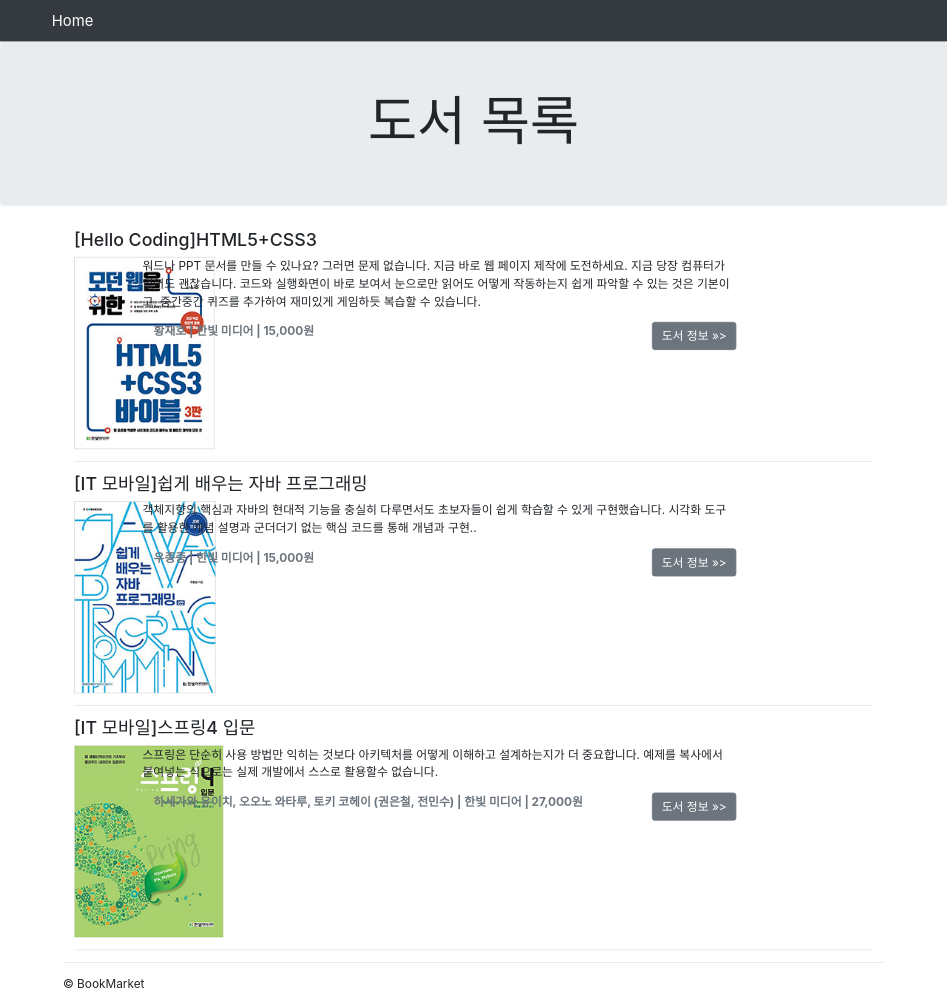
Repository: freedomseok8047/jsp
Page: http://localhost/BookMarket/books.jsp
The author's editor kept a copy of each file at every save. The page is drawn from the files as they stood at one save, then again after the next save.
The browser window is 1280 px wide. The pictures show the whole page, at 74% of full size.
The page is served by Tomcat 9.

Above is the page before, as saved 2023-08-25 05:37:37.

### BookMarket/src/main/webapp/books.jsp
<%@ page language="java" contentType="text/html; charset=UTF-8"
	pageEncoding="UTF-8"%>
<%@ page import="java.util.ArrayList, java.text.NumberFormat"%>
<%@ page import="dto.Book"%>
<jsp:useBean id="bookDAO" class="dao.BookRepository" scope="session" />
<!DOCTYPE html>
<html>
<head>
<meta charset="UTF-8">
<link rel="stylesheet" href="./resources/css/bootstrap.min.css" />
<title>도서 목록</title>
</head>
<body>
	<jsp:include page="menu.jsp" />
	<div class="jumbotron">
		<div class="container">
			<h1 class="display-3" align="center">도서 목록</h1>
		</div>
	</div>
	<%
	ArrayList<Book> listOfBooks = bookDAO.getAllBooks();
	NumberFormat format = java.text.NumberFormat.getNumberInstance(java.util.Locale.US);
	format.setGroupingUsed(true);
	%>

	<div class="container">
		<div class="col" align="left">
			<%
			for (int i = 0; i < listOfBooks.size(); i++) {
				Book book = listOfBooks.get(i);
			%>
			<div class="row-xl-4">

				<h4>
					[<%=book.getCategory()%>]<%=book.getName()%>
				</h4>
				<div class="row">
					<div class="col col-lg-1">
						<img src="resources/images/<%=book.getFilename()%>"
							alt=<%=book.getName()%>>
					</div>
					<div class="col col-lg-9">
						<p><%=book.getDescription()%>
						<div class="container">
							<div class="row">
								<p class="col font-weight-bold text-secondary"><%=book.getAuthor()%>
									|
									<%=book.getPublisher()%>
									|
									<%=format.format(book.getUnitPrice())%>원
								<p>
									<a href="./book.jsp?id=<%=book.getBookId()%>"
										class="btn btn-secondary" role="button">도서 정보 &raquo;></a>
							</div>
						</div>
					</div>
				</div>
			</div>
			<hr>
			<%
			}
			%>
		</div>
		<hr>
	</div>
	<jsp:include page="footer.jsp" />


</body>
</html>

### BookMarket/src/main/webapp/menu.jsp
<nav class="navbar navbar-expand navbar-dark bg-dark">
		<div class="container">
			<div class=" navbar-header">
				<a class="navbar-brand" href=" ./welcome.jsp">Home</a>
			</div>
		</div>
	</nav>

### BookMarket/src/main/webapp/footer.jsp
<footer class="container">
		<p>&copy; BookMarket</p>
	</footer>

### BookMarket/src/main/java/dao/BookRepository.java
package dao;

import java.util.ArrayList;

import dto.Book;
import dto.Book;

public class BookRepository {

	private ArrayList<Book> listOfBooks = new ArrayList<Book>();

	public BookRepository() {
		Book book1 =new Book("B1234","HTML5+CSS3",15000);
		book1.setDescription("워드나 PPT 문서를 만들 수 있나요? 그러면 문제 없습니다. 지금 바로 웹 페이지 제작에 도전하세요. 지금 당장 컴퓨터가 없어도 괜찮습니다. 코드와 실행화면이 바로 보여서 눈으로만 읽어도 어떻게 작동하는지 쉽게 파악할 수 있는 것은 기본이고, 중간중간 퀴즈를 추가하여 재미있게 게임하듯 복습할 수 있습니다. ");
		book1.setAuthor("황재호");
		book1.setPublisher("한빛 미디어");
		book1.setCategory("Hello Coding");
		book1.setUnitsInStock(1000);
		book1.setTotalPages(700);
		book1.setReleaseDate("8월/22년");
		book1.setCondition("New");
		book1.setFilename("P1234.jpg");


		Book book2 =new Book("B1235","쉽게 배우는 자바 프로그래밍",15000);
		book2.setDescription("객체지향의 핵심과 자바의 현대적 기능을 충실히 다루면서도 초보자들이 쉽게 학습할 수 있게 구현했습니다. 시각화 도구를 활용한 개념 설명과 군더더기 없는 핵심 코드를 통해 개념과 구현..");
		book2.setAuthor("우종중");
		book2.setPublisher("한빛 미디어");
		book2.setCategory("IT 모바일");
		book2.setUnitsInStock(1000);
		book2.setTotalPages(700);
		book2.setReleaseDate("8월/22년");
		book2.setCondition("New");
		book2.setFilename("P1235.jpg");

		Book book3 =new Book("B1236","스프링4 입문",27000);
		book3.setDescription("스프링은 단순히 사용 방법만 익히는 것보다 아키텍처를 어떻게 이해하고 설계하는지가 더 중요합니다. 예제를 복사에서 붙여넣는 식으로는 실제 개발에서 스스로 활용할수 없습니다.");
		book3.setAuthor("하세가와 유이치, 오오노 와타루, 토키 코헤이 (권은철, 전민수)");
		book3.setPublisher("한빛 미디어");
		book3.setCategory("IT 모바일");
		book3.setUnitsInStock(1000);
		book3.setTotalPages(700);
		book3.setReleaseDate("8월/22년");
		book3.setCondition("New");
		book3.setFilename("P1236.jpg");

		listOfBooks.add(book1);
		listOfBooks.add(book2);
		listOfBooks.add(book3);
	}
		public ArrayList<Book> getAllBooks() {
			return listOfBooks;
	}
		public Book getBookById(String bookId) {
			Book bookById = null;
			for(int i =0; i < listOfBooks.size(); i++ ) {
				Book book = listOfBooks.get(i);
				if(book != null && book.getBookId() != null && book.getBookId().equals(bookId)) {
					bookById = book;
					break;
				}
			}
			return bookById;
		}
}

### BookMarket/src/main/java/dto/Book.java
package dto;

import java.io.Serializable;

public class Book implements Serializable {

	private static final long serialVersionUID = -4274700572038677000L;

	private String bookId;
	private String name;
	private Integer unitPrice;
	private String author;
	private String description;
	private String publisher;
	private String category;
	private long unitsInStock;
	private long totalPages;
	private String releaseDate;
	private String condition;
	private String filename;

	public String getFilename() {
		return filename;
	}

	public void setFilename(String filename) {
		this.filename = filename;
	}

	public Book() {
		super();
	}

	public Book(String bookId, String name, Integer unitPrice) {
		this.bookId = bookId;
		this.name = name;
		this.unitPrice = unitPrice;
	}


	public String getBookId() {
		return bookId;
	}
	public void setBookId(String bookId) {
		this.bookId = bookId;
	}
	public String getName() {
		return name;
	}
	public void setName(String name) {
		this.name = name;
	}
	public Integer getUnitPrice() {
		return unitPrice;
	}
	public void setUnitPrice(Integer unitPrice) {
		this.unitPrice = unitPrice;
	}
	public String getAuthor() {
		return author;
	}
	public void setAuthor(String author) {
		this.author = author;
	}
	public String getDescription() {
		return description;
	}
	public void setDescription(String description) {
		this.description = description;
	}
	public String getPublisher() {
		return publisher;
	}
	public void setPublisher(String publisher) {
		this.publisher = publisher;
	}
	public String getCategory() {
		return category;
	}
	public void setCategory(String category) {
		this.category = category;
	}
	public long getUnitsInStock() {
		return unitsInStock;
	}
	public void setUnitsInStock(long unitsInStock) {
		this.unitsInStock = unitsInStock;
	}
	public long getTotalPages() {
		return totalPages;
	}
	public void setTotalPages(long totalPages) {
		this.totalPages = totalPages;
	}
	public String getReleaseDate() {
		return releaseDate;
	}
	public void setReleaseDate(String releaseDate) {
		this.releaseDate = releaseDate;
	}
	public String getCondition() {
		return condition;
	}
	public void setCondition(String condition) {
		this.condition = condition;
	}


}

Loaded but not shown: BookMarket/src/main/webapp/resources/css/bootstrap.min.css (library)

After the next save:
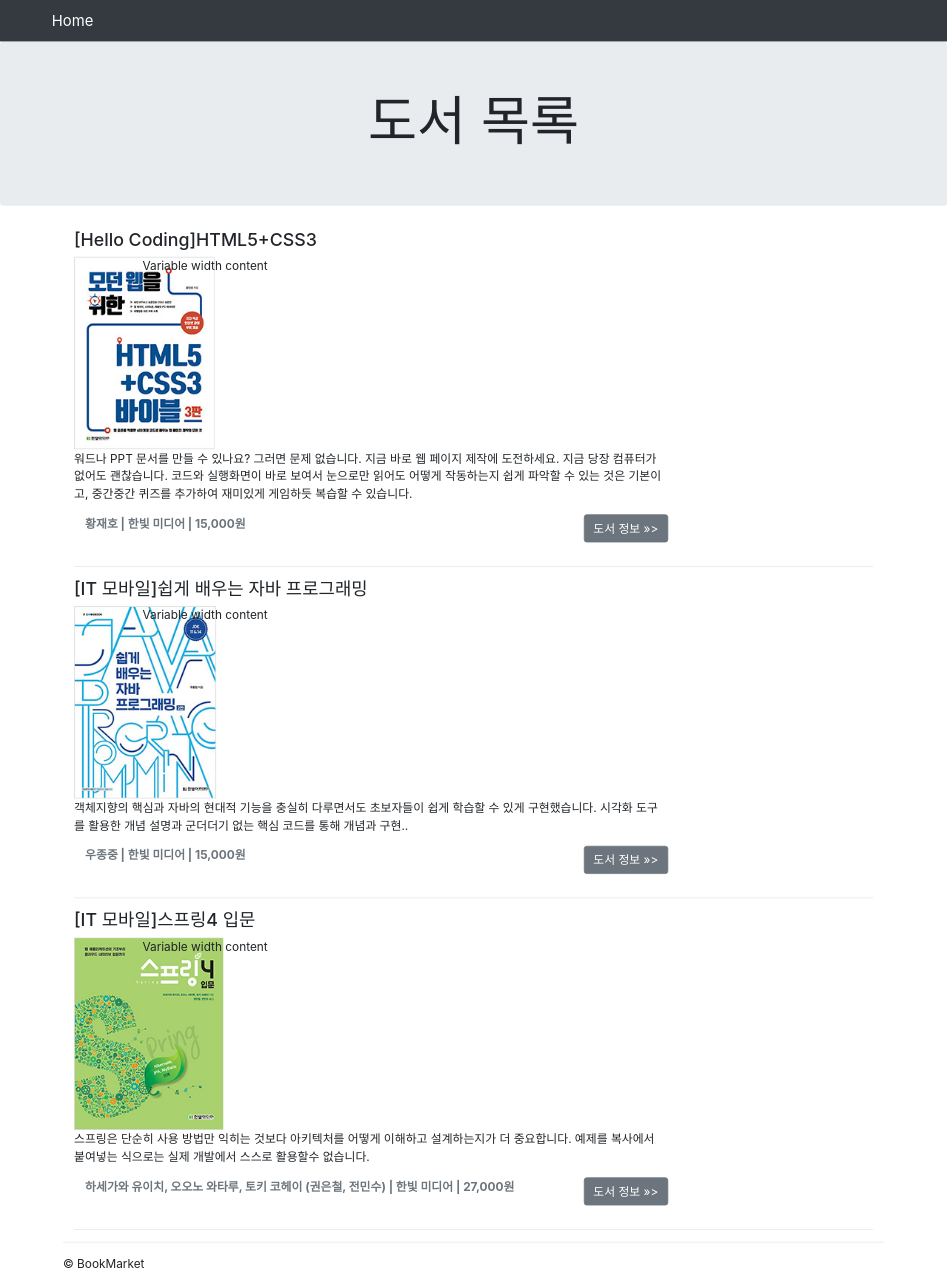
Saved 56 s later.
--- a/BookMarket/src/main/webapp/books.jsp
+++ b/BookMarket/src/main/webapp/books.jsp
@@ -39,6 +39,7 @@
 						<img src="resources/images/<%=book.getFilename()%>"
 							alt=<%=book.getName()%>>
 					</div>
+					<div class="col-md-auto">Variable width content</div>
 					<div class="col col-lg-9">
 						<p><%=book.getDescription()%>
 						<div class="container">
